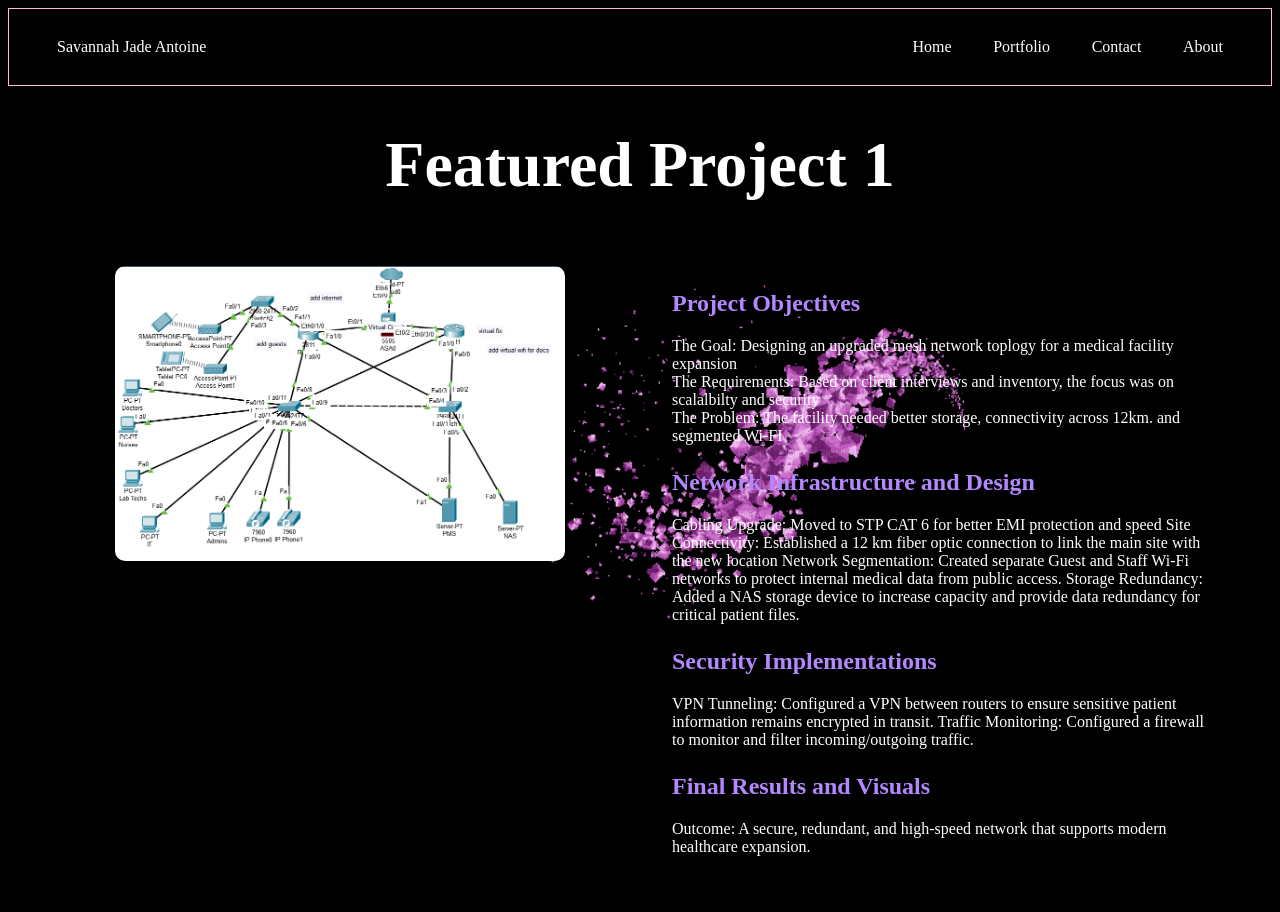
Repository: Savannah-Antoine/Savannah-Antoine
Page: pages/project-name-1.html
These files come from the project's save history. The page is drawn as it stood at one moment and after the next save; the edit follows.
The browser window is 1280 px wide. The pictures show the whole page.

Above is the page before, as saved 2026-05-15 15:45:21.

### pages/project-name-1.html
<!DOCTYPE html>
<html lang="en">
<head>
    <meta charset="UTF-8">
    <meta name="viewport" content="width=device-width, initial-scale=1.0">
    <link rel = "stylesheet" href = "../styles/page.css" />
    <link rel = "stylesheet" href = "../styles/globals.css" />
    <title>Document</title>
</head>
<body>
<header>
<nav>
        <ul class = "navigation">
  <li><a href="../index.html">Home</a></li>
  <li><a href="../pages/portfolioPage.html">Portfolio</a></li>
  <li><a href="../pages/contact.html">Contact</a></li>
  <li><a href="../pages/about.asp">About</a></li>
        </ul>

        <ul class = "homeButton">
           <li><a   href = "../index.html">Savannah Jade Antoine</a></li>
        </ul>
</nav>
    <h1>Featured Project 1</h1>
</header>
<main class = "container">


<div class = "project-visuals">
<img src = "../assets/images/Project1.png" alt = "First Portfolio placeholder image" />
</div>
<div class = "project-details">
<section>
<h2>Project Objectives</h2>
    <p>
        The Goal: Designing an upgraded mesh network toplogy for a medical facility expansion<br>
        The Requirements: Based on client interviews and inventory, the focus was on scalalbilty and security<br>
        The Problem: The facility needed better storage, connectivity across 12km. and segmented Wi-FI
    </p>
<h2>Network Infrastructure and Design</h2>
<p>
    Cabling Upgrade: Moved to STP CAT 6 for better EMI protection and speed
    Site Connectivity: Established a 12 km fiber optic connection to link the main site with the new location
    Network Segmentation: Created separate Guest and Staff Wi-Fi networks to protect internal medical data from public access.
     Storage Redundancy: Added a NAS storage device to increase capacity and provide data redundancy for critical patient files.
</p>


<h2>Security Implementations</h2>
<p>
VPN Tunneling: Configured a VPN between routers to ensure sensitive patient information remains encrypted in transit.

Traffic Monitoring: Configured a firewall to monitor and filter incoming/outgoing traffic.

</p>


<h2>Final Results and Visuals</h2>

<p>
    Outcome: A secure, redundant, and high-speed network that supports modern healthcare expansion.
</p>
</section>
</div>



</main>

</body>
</html>

### styles/page.css


.project-details{
    text-align: left;
    justify-content: center;
}


body h1{
    font-size: 2.5rem;

}


img {
    width: 100%;
    max-width: 500px; /* Increased slightly for detail */
    height: auto;
    border-radius: 8px;
}

.container {
    display: flex;
    flex-direction: column;
    align-items: center;
    gap: 2rem;
    padding: 2rem 5%;
}

/* Make sure the headings look good on mobile first */
h1 {
    font-size: 2.5rem;
    text-align: center;
    margin-bottom: 2rem;
}

h2 {
    color: #b388ff; /* Optional: Matching your purple accent */
    margin-top: 1.5rem;
}

/* Ensure images don't overflow */
img {
    width: 100%;
    max-width: 450px;
    height: auto;
    border-radius: 10px;
}

/* DESKTOP FIX (Side-by-side starts here) */
@media screen and (min-width: 768px) {
    h1 {
        font-size: 4rem;
    }

    .container {
        flex-direction: row;      /* Puts visuals and details next to each other */
        align-items: flex-start;  /* Aligns the top of the image with the top of the text */
        justify-content: center;
        gap: 4rem;                /* Adds professional breathing room */
        max-width: 1200px;
        margin: 0 auto;           /* Centers the whole container on big screens */
    }

    .project-visuals {
        flex: 1;                  /* Takes up half the space */
        position: sticky;         /* Optional: keeps image visible while scrolling text */
        top: 20px;
    }

    .project-details {
        flex: 1;                  /* Takes up the other half */
        text-align: left;         /* Makes technical lists easier to read */
    }
}

### styles/globals.css
body {
    background-color: black;
  background-image: url(/assets/images/background-pic.gif);
  background-repeat: no-repeat;
  background-size: cover;
  color: white;
  font-size: 1rem;
  text-align: center;
}

.homeButton{
  order: -1;
  list-style-type: none;
  margin: 0;
  padding: 0;
  display: flex;
  justify-content: left;

}

.navigation {
    display: grid;
    grid-template-columns: repeat(2, 1fr);
    gap: 0.6rem;
    text-align: right;
}




nav {
    display: flex;
    justify-content: space-between;
    align-items: center;
    padding: 1rem 2rem;

    border: 0.1rem solid pink;
    cursor: pointer;


}



nav ul {
    display: flex;
    list-style: none;
    gap: 1rem;
    margin: 0;
    padding: 0;
}
button {
    padding: 0.7rem 1.2rem;
    background-color: transparent;
    color: white;
    border: 0.1rem solid pink;
    cursor: pointer;
    transition: all 0.3s ease;
    border-radius: 0.2rem;
    gap: 1rem;
}
button:hover {
    background-color: pink;
    color: rgb(31, 1, 31);
    transform: translateY(-3px);
    box-shadow: 0 0.3rem 1rem rgba(255, 255, 255, 0.3);
}

.infoButtons {
    display: flex;
    justify-content: center;
    gap: 1.5rem;
    margin-top: 1.4rem;
    min-width: 100px;
    padding: 0.7rem 0.9rem;
}

li a {
  display: block;
  color: white;
  padding: 0.8rem 1rem;
  text-decoration: none;
}

ul li a:hover {
 background-color: pink;
  color: rgb(31, 1, 31);
  box-shadow: 0 0.5rem 0.9rem rgba(255, 255, 255, 0.3)
}

h1{

  font-size: 4rem;
}

@media screen and (min-width: 768px)
{




    #AboutMe img {
        width: 300px;
        border-radius: 10px;
    }
   body h1 {
        font-size: 4rem;
    }
    .container {
        flex-direction: row;
        flex-wrap: wrap;
        align-items: flex-start;
        justify-content: space-around;
    }
    .project-card {
        width: 30%;
        width:300px;
        min-width: 250px;
        text-align: center;
    }
    .project-card img{
       width: 100%;
    height: 250px;
    object-fit: cover;
    object-position: top;
    border-radius: 0.5rem;


    }


    .navigation{
        display:flex;
    }

}


@media screen and (min-width: 1000px)
{
    .container {
        margin: 0 auto;
    }
    .aboutMe {
        flex-direction: row;
        justify-content: center;
        align-items: flex-start;
        text-align: left;
        gap: 4rem;

    }
    #AboutMe
    {
        padding: 50px 10%;
        text-align: center;
        align-items:center;
        justify-content: center;
      max-width: 1000px;
    }

}

After the next save:
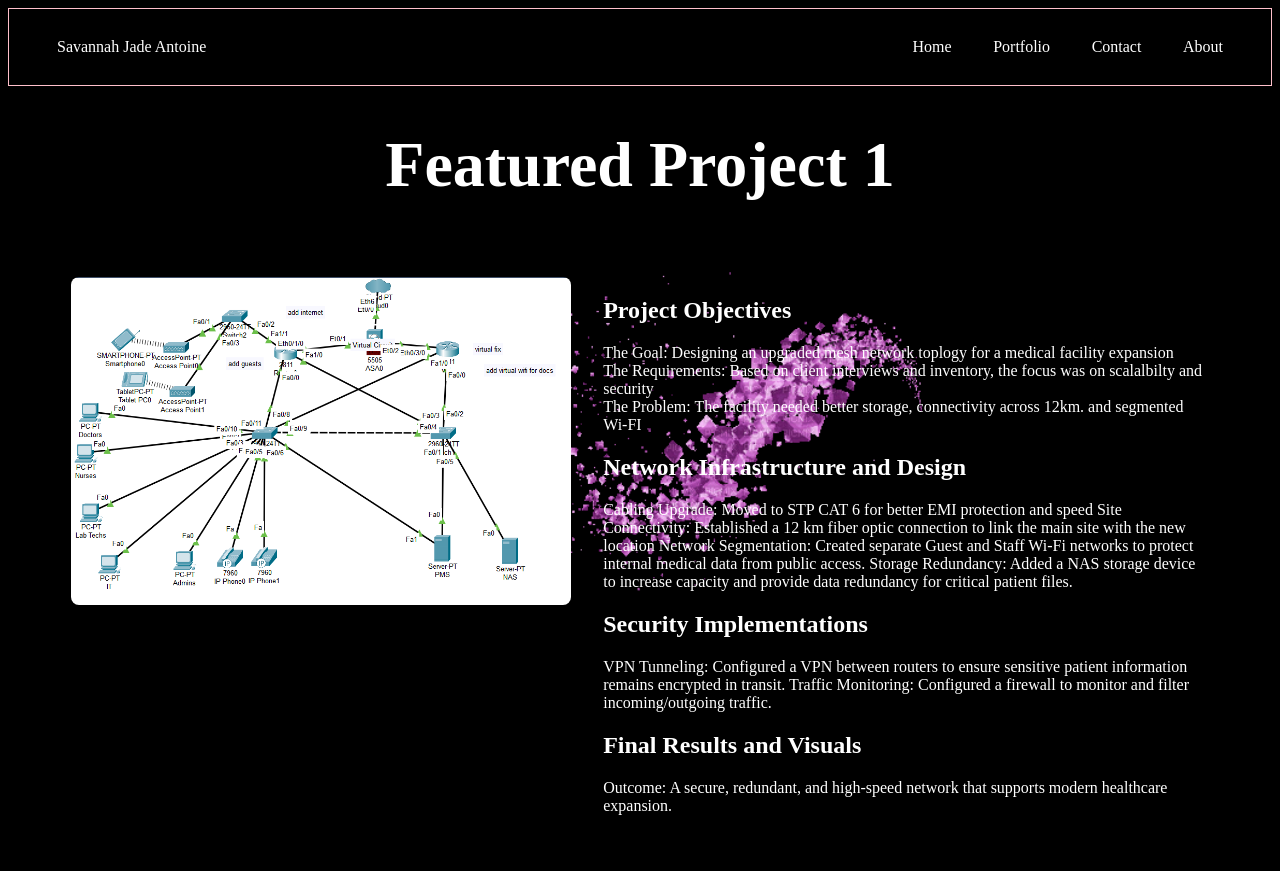
Saved 3 min 49 s later.
--- a/styles/page.css
+++ b/styles/page.css
@@ -6,17 +6,12 @@
 }
 
 
-body h1{
-    font-size: 2.5rem;
-
-}
-
 
 img {
     width: 100%;
     max-width: 500px; /* Increased slightly for detail */
     height: auto;
-    border-radius: 8px;
+    border-radius: 0.5rem;
 }
 
 .container {
@@ -27,49 +22,11 @@ img {
     padding: 2rem 5%;
 }
 
-/* Make sure the headings look good on mobile first */
-h1 {
-    font-size: 2.5rem;
-    text-align: center;
-    margin-bottom: 2rem;
-}
 
-h2 {
-    color: #b388ff; /* Optional: Matching your purple accent */
-    margin-top: 1.5rem;
-}
-
-/* Ensure images don't overflow */
-img {
-    width: 100%;
-    max-width: 450px;
-    height: auto;
-    border-radius: 10px;
-}
-
-/* DESKTOP FIX (Side-by-side starts here) */
 @media screen and (min-width: 768px) {
-    h1 {
-        font-size: 4rem;
-    }
-
-    .container {
-        flex-direction: row;      /* Puts visuals and details next to each other */
-        align-items: flex-start;  /* Aligns the top of the image with the top of the text */
-        justify-content: center;
-        gap: 4rem;                /* Adds professional breathing room */
-        max-width: 1200px;
-        margin: 0 auto;           /* Centers the whole container on big screens */
-    }
-
-    .project-visuals {
-        flex: 1;                  /* Takes up half the space */
-        position: sticky;         /* Optional: keeps image visible while scrolling text */
-        top: 20px;
-    }
 
     .project-details {
-        flex: 1;                  /* Takes up the other half */
-        text-align: left;         /* Makes technical lists easier to read */
+        flex: 1;
+        text-align: left;
     }
 }
